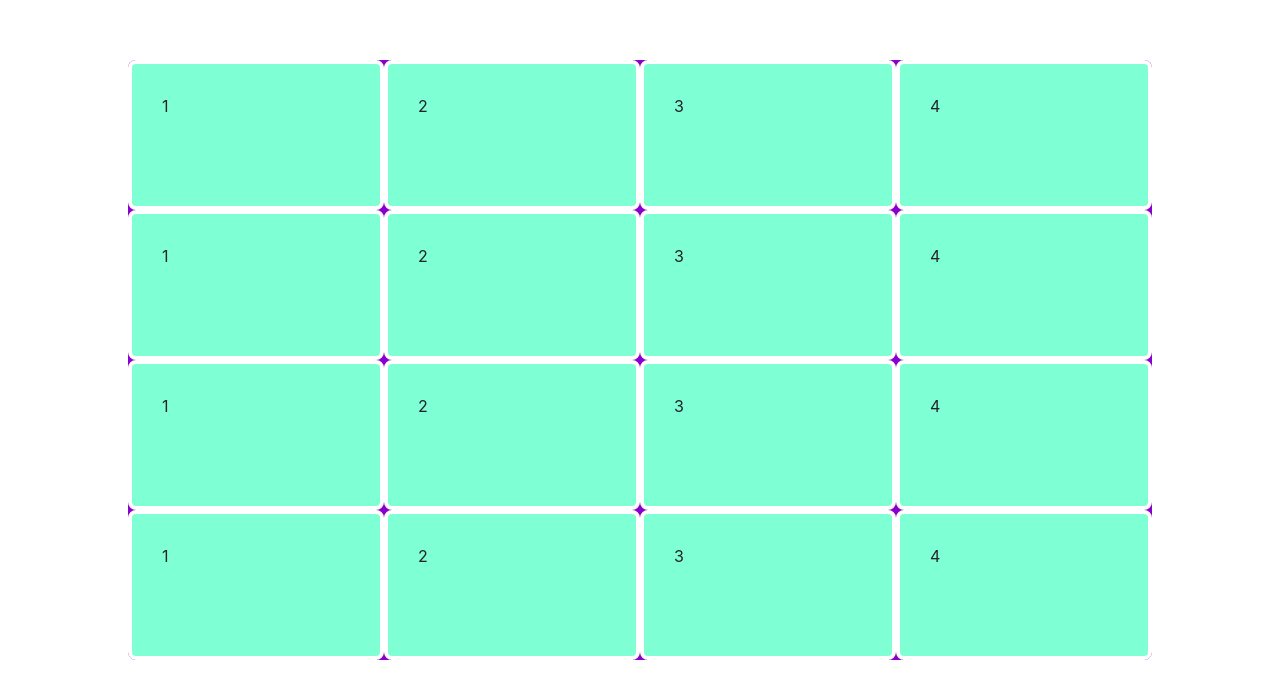
Repository: alessandradiamantino/Curso-Front-End-Design
Page: 1 - Introdução ao HTML e CSS/3 - Layouts, Grids e Flexbox/Bootstrap Grid system/index.html
The author's editor kept a copy of each file at every save. The page is drawn from the files as they stood at one save, then again after the next save.
The browser window is 1280 px wide. The pictures show the whole page.

Above is the page before, as saved 2023-04-24 10:53:34.

After the next save:
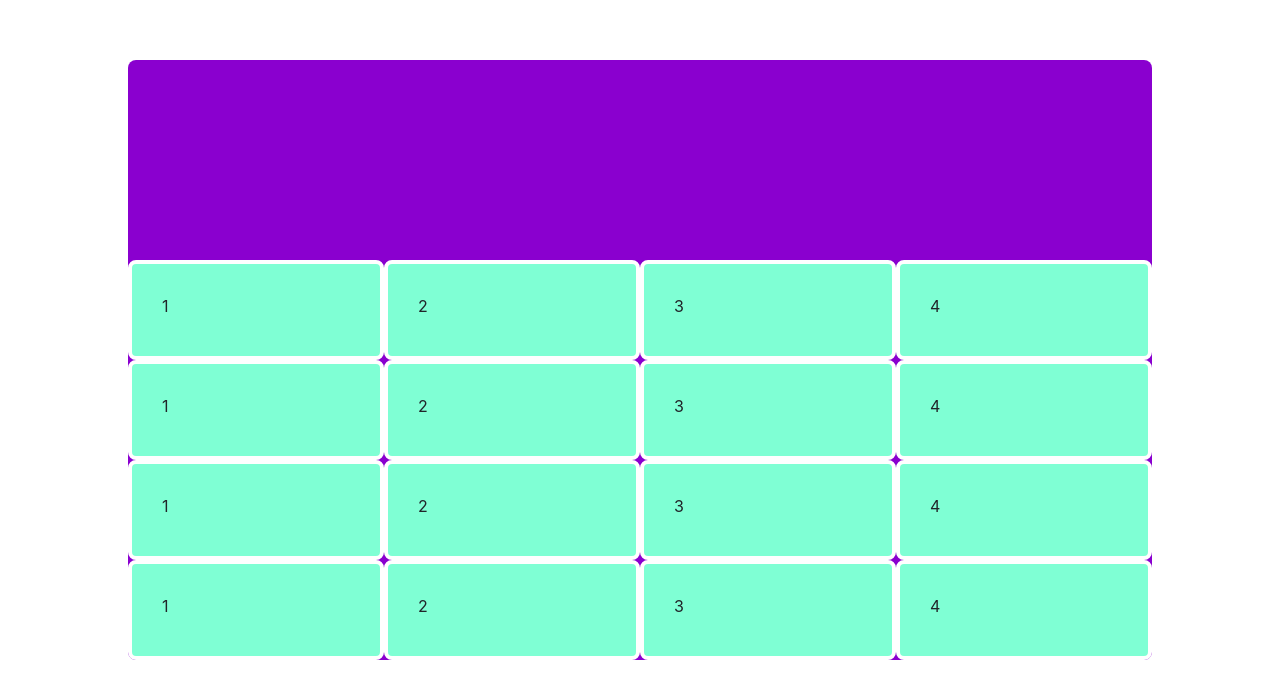
Saved 4 s later.
--- a/1 - Introdução ao HTML e CSS/3 - Layouts, Grids e Flexbox/Bootstrap Grid system/css/style.css
+++ b/1 - Introdução ao HTML e CSS/3 - Layouts, Grids e Flexbox/Bootstrap Grid system/css/style.css
@@ -26,7 +26,7 @@ body {
 }
 
 .my-item {
-  height: 150px;
+  height: 100px;
   padding: 30px;
   background-color: aquamarine;
   border-radius: 8px;
